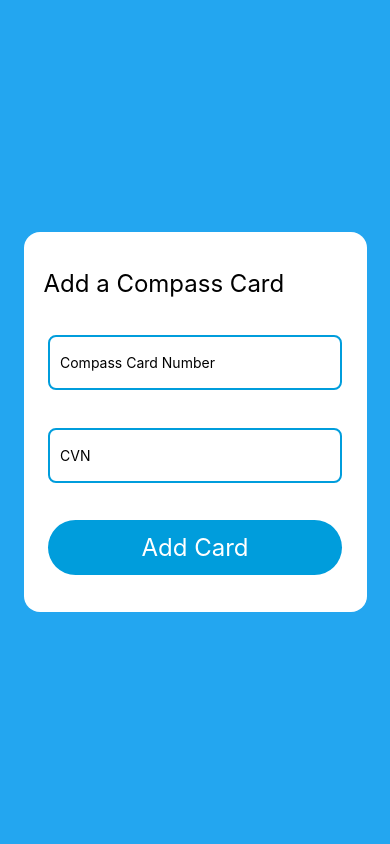
Repository: wilyyy/CompassPlus
Page: /
The author's editor kept a copy of each file at every save. The page is drawn from the files as they stood at one save, then again after the next save.
The browser window is 390 px wide. The pictures show the whole page.
The app was drawn by React Native's web renderer in a window 390 px wide. The project was rebuilt for these pictures with package versions that can differ from the ones it lists, and the page was loaded fresh each time.

Above is the page before, as saved 2021-10-30 11:47:06.

After the next save:
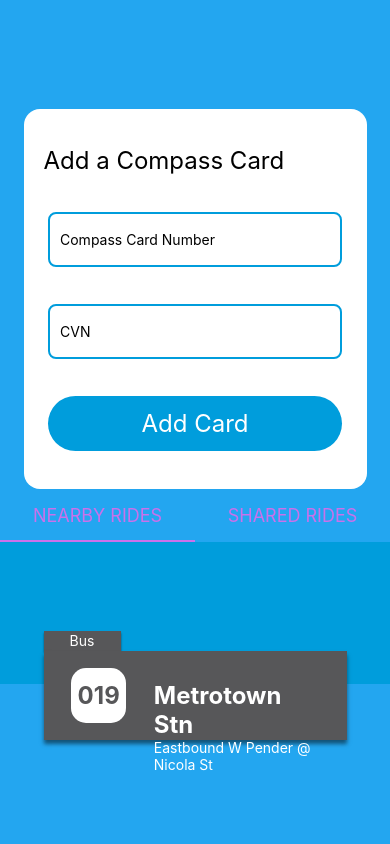
Saved 3 min 14 s later.
--- a/App.js
+++ b/App.js
@@ -2,6 +2,8 @@
 import React from 'react';
 import { StyleSheet, Text, View } from 'react-native';
 import LinkCompassCard from './comps/LinkCompassCard';
+import RideCard from './comps/RideCardCont';
+import SignUpTransitCard from './comps/SignUpTransitCard';
 
 // export {default} from './storybook';
 
@@ -9,6 +11,8 @@
   return (
     <View style={styles.container}>
       <LinkCompassCard />
+      <RideCard />
+      <SignUpTransitCard />
       <StatusBar style="auto" />
     </View>
   );
